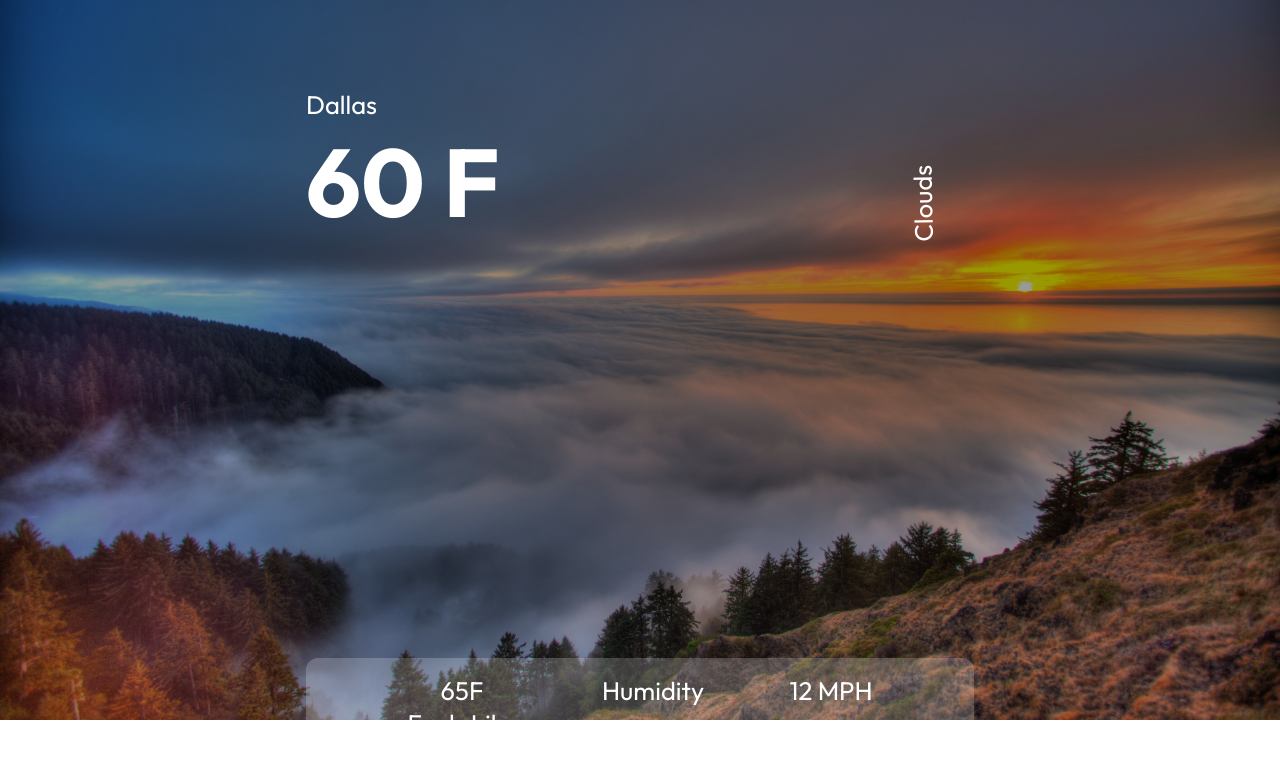
Repository: mahsa199170/react-fetch-data
Page: / (app in weather-map/)
An editor plug-in stored every save of this project. The page is shown before and after the next save, followed by the edit.
The browser window is 1280 px wide. The pictures show the whole page.
The page's requests for data from a server got no answer. The project was rebuilt for these pictures with package versions that can differ from the ones it lists, and the page was loaded fresh each time. No one was signed in, and anything a server would have sent is missing. Also part of the build but not shown: weather-map/src/App.css.

Above is the page before, as saved 2024-11-21 12:07:30.

After the next save:
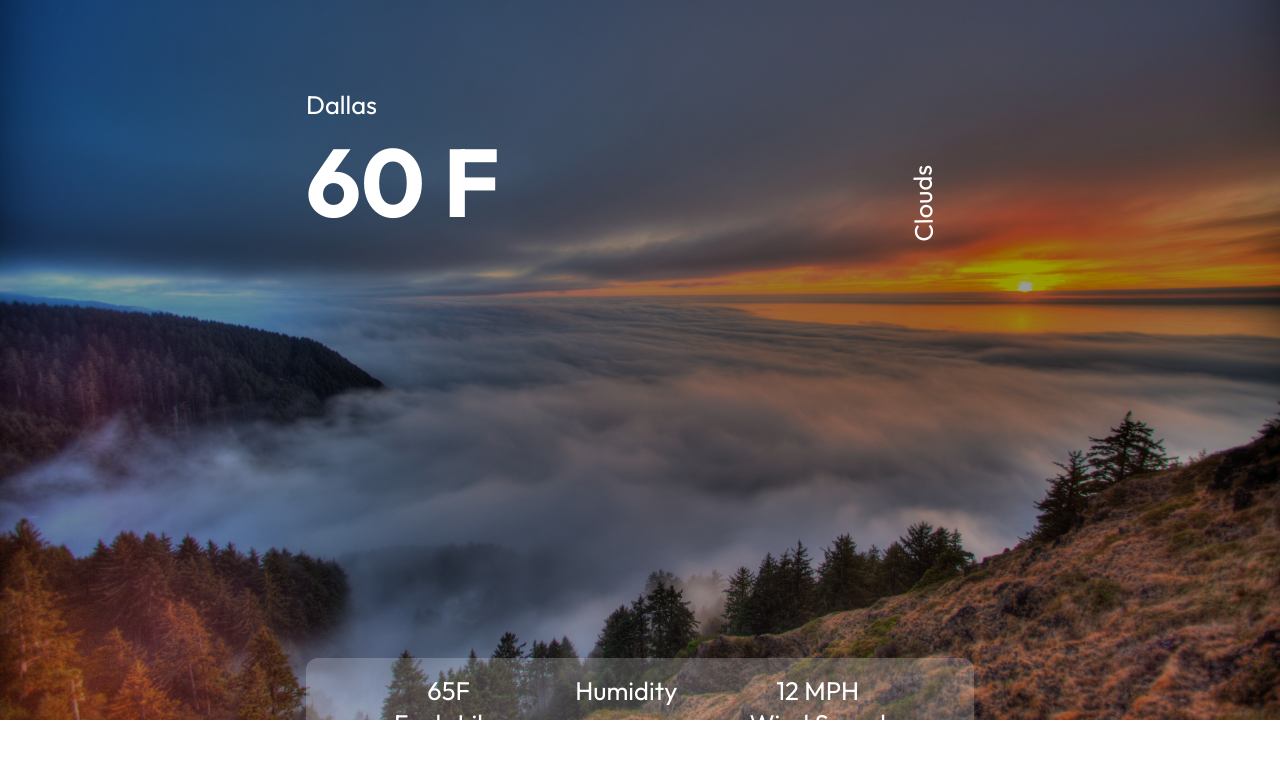
Saved 11 s later.
--- a/weather-map/src/App.js
+++ b/weather-map/src/App.js
@@ -36,6 +36,7 @@ function App() {
           </div>
           <div className="wind">
             <p>12 MPH</p>
+            <p>Wind Speed</p>
           </div>
         </div>
       </div>
